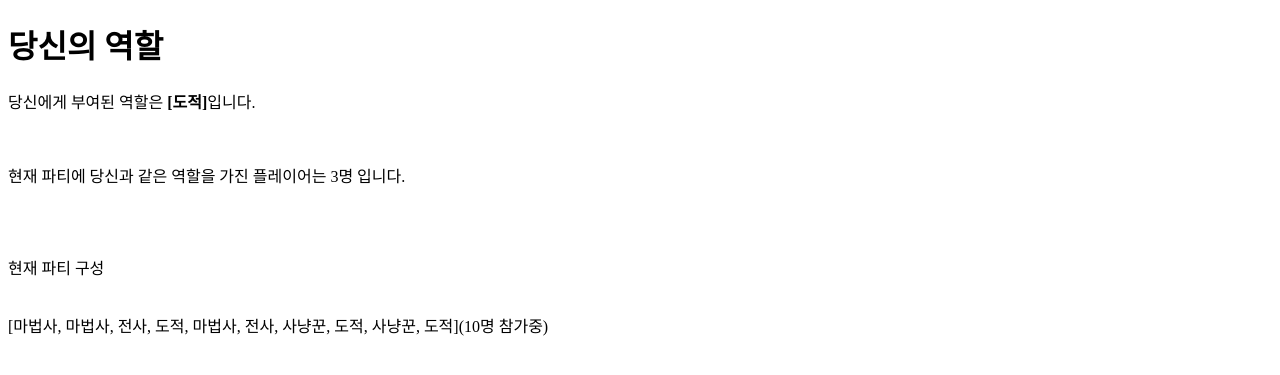
Repository: hanbeen03/javabasic
Page: http://localhost/JSPBasic/Tag_quiz04.jsp
The author's editor kept a copy of each file at every save. The page is drawn from the files as they stood at one save, then again after the next save.
The browser window is 1280 px wide. The pictures show the whole page.
The page is served by Tomcat 9.

Above is the page before, as saved 2021-07-30 01:39:16.

### JSPBasic/WebContent/Tag_quiz04.jsp
<%@ page import="java.util.*" %>
<%@ page language="java" contentType="text/html; charset=UTF-8"
    pageEncoding="UTF-8"%>
<!DOCTYPE html>
<html>
<head>
<meta charset="UTF-8">
<title>Insert title here</title>
</head>
<body>
	<%!
		List<String> role = new ArrayList<>();
	%>
	<%
		if(role.size() == 10)
			role.clear();

		double random;
		String sRole = "";
		int rSame = 0;

		while(role.size() != 10) {
			random = Math.random();

			if(random >= 0.80)
				sRole = "도적";
			else if(random >= 0.60)
				sRole = "마법사";
			else if(random >= 0.40)
				sRole = "사제";
			else if(random >= 0.20)
				sRole = "전사";
			else
				sRole = "사냥꾼";

			role.add(sRole);
		}

		for(int i=0; i < role.size(); i++) {
			if(role.get(i).equals(sRole)) {
				rSame++;
			}
		}
	%>
	<h1>당신의 역할</h1>
	<p>당신에게 부여된 역할은 <b>[<%= sRole %>]</b>입니다.</p><br>
	<p>현재 파티에 당신과 같은 역할을 가진 플레이어는 <%= rSame %>명 입니다.</p><br><br>
	<p>현재 파티 구성</p><br>
	<%
		out.println(role.toString() + "(" + role.size() + "명 참가중)");
	%>

</body>
</html>

After the next save:
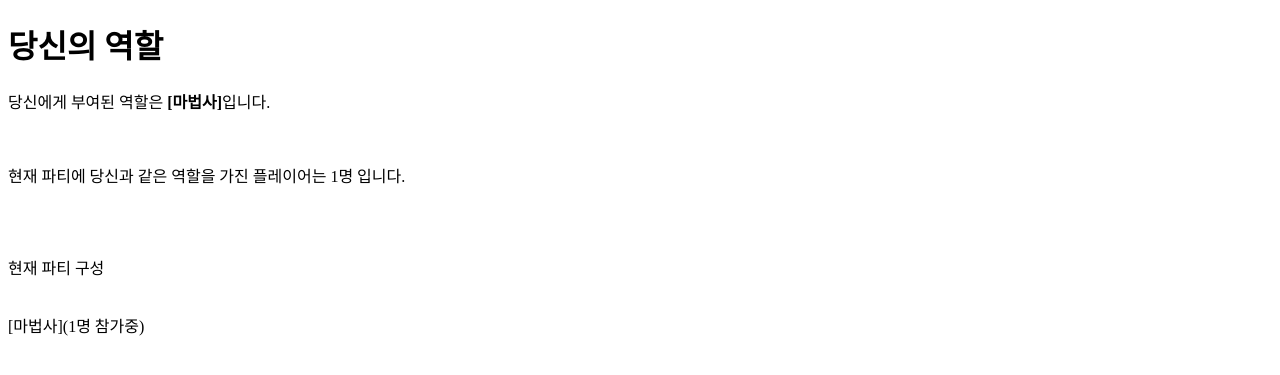
Saved 109 s later.
--- a/JSPBasic/WebContent/Tag_quiz04.jsp
+++ b/JSPBasic/WebContent/Tag_quiz04.jsp
@@ -10,6 +10,7 @@
 <body>
 	<%!
 		List<String> role = new ArrayList<>();
+
 	%>
 	<%
 		if(role.size() == 10)
@@ -19,22 +20,20 @@
 		String sRole = "";
 		int rSame = 0;
 
-		while(role.size() != 10) {
-			random = Math.random();
+		random = Math.random();
 
-			if(random >= 0.80)
-				sRole = "도적";
-			else if(random >= 0.60)
-				sRole = "마법사";
-			else if(random >= 0.40)
-				sRole = "사제";
-			else if(random >= 0.20)
-				sRole = "전사";
-			else
-				sRole = "사냥꾼";
+		if(random >= 0.80)
+			sRole = "도적";
+		else if(random >= 0.60)
+			sRole = "마법사";
+		else if(random >= 0.40)
+			sRole = "사제";
+		else if(random >= 0.20)
+			sRole = "전사";
+		else
+			sRole = "사냥꾼";
 
 			role.add(sRole);
-		}
 
 		for(int i=0; i < role.size(); i++) {
 			if(role.get(i).equals(sRole)) {
